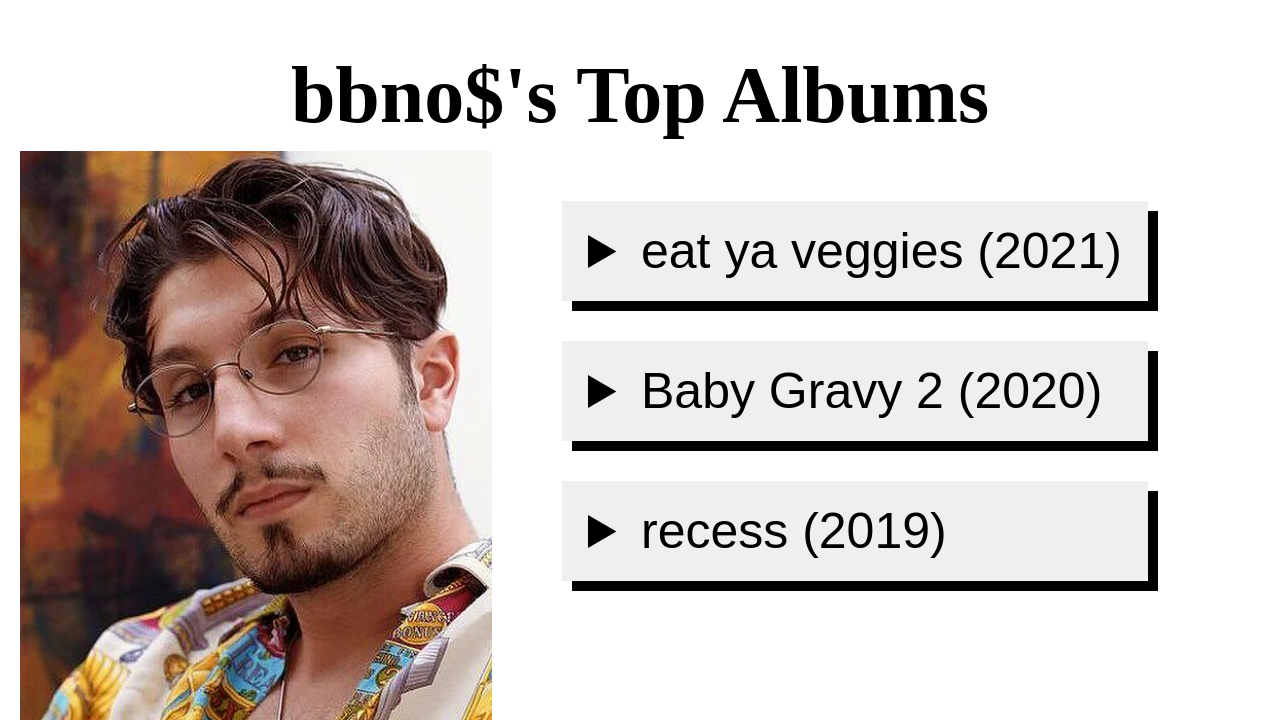
Repository: Jennica1/Lab1
Page: /
An editor plug-in stored every save of this project. The page is shown before and after the next save, followed by the edit.
The browser window is 1280 px wide. The pictures show the whole page.
The project was rebuilt for these pictures with package versions that can differ from the ones it lists, and the page was loaded fresh each time. Also part of the build but not shown: vite.config.js.

Above is the page before, as saved 2024-09-09 18:50:29.

### index.html
<!doctype html>
<html lang="en">
  <head>
    <meta charset="UTF-8" />
    <link rel="icon" type="image/svg+xml" href="/vite.svg" />
    <meta name="viewport" content="width=device-width, initial-scale=1.0" />
    <title>Top bbno$ Albums</title>
  </head>
  <body>
    <div id="root"></div>
    <script type="module" src="/src/main.jsx"></script>
  </body>
</html>

### src/App.jsx
import { useState } from 'react'
import reactLogo from './assets/react.svg'
import viteLogo from '/vite.svg'

import './App.css'

function App() {

  return (
    <>

      <body className='main'>
      <header className='header'>
        <h1 className='title'>bbno$'s Top Albums</h1>
      </header>
        <div className='split left'>
          <img src="/images/bbno$_profile.webp" alt='bbno$' />
        </div>
        <div className='split right'>

          <div className='albums'>
            <button>
          <details>
            <summary>eat ya veggies (2021)</summary>
            <p>edamame (ft. Rich Brian)</p>
            <p>big boss baby</p>
            <p>2 time zones</p>
          </details>
          </button>
<button>
          <details>
            <summary>Baby Gravy 2 (2020)</summary>
            <p>Welcome to Chillis</p>
            <p>Cadbury Creme</p>
            <p>Shining on my ex</p>
          </details>
</button>
<button>
          <details>
            <summary>recess (2019)</summary>
            <p>nursery</p>
            <p>bunk</p>
            <p>chess</p>
          </details>
          </button>
          </div>
        </div>
      </body>


    </>
  )
}

export default App

### src/index.css
summary {
    font-size: 50px;
    text-align: left;
    margin: 20px;
}

button {
    margin: 20px;
    border-style: none;
    box-shadow: 10px 10px;
}

p {
    font-size: 20px;
}

img {
    object-fit: fill;
}

### src/App.css
#root {
  max-width: 1280px;
  margin: 0 auto;
  padding: 2rem;
}

.header {
  font-size: 40px;

}

.title {
  margin: 10px;
  display: flex;
  justify-content: center;
}

.albums {
 margin: 30px;
 display: flex;
 flex-direction: column;
}

.split {
position: fixed;
height: 100%;
width: 50%;
overflow-x: hidden;
display: flex;
}

.left {
  left: 0;
  margin-left: 20px;
  background-color: #111;
}

.right {
  padding-left: 20px;
  width: 60%;
  right: 0;
  background-color: white;
}

Loaded but not shown: src/main.jsx (common file)

After the next save:
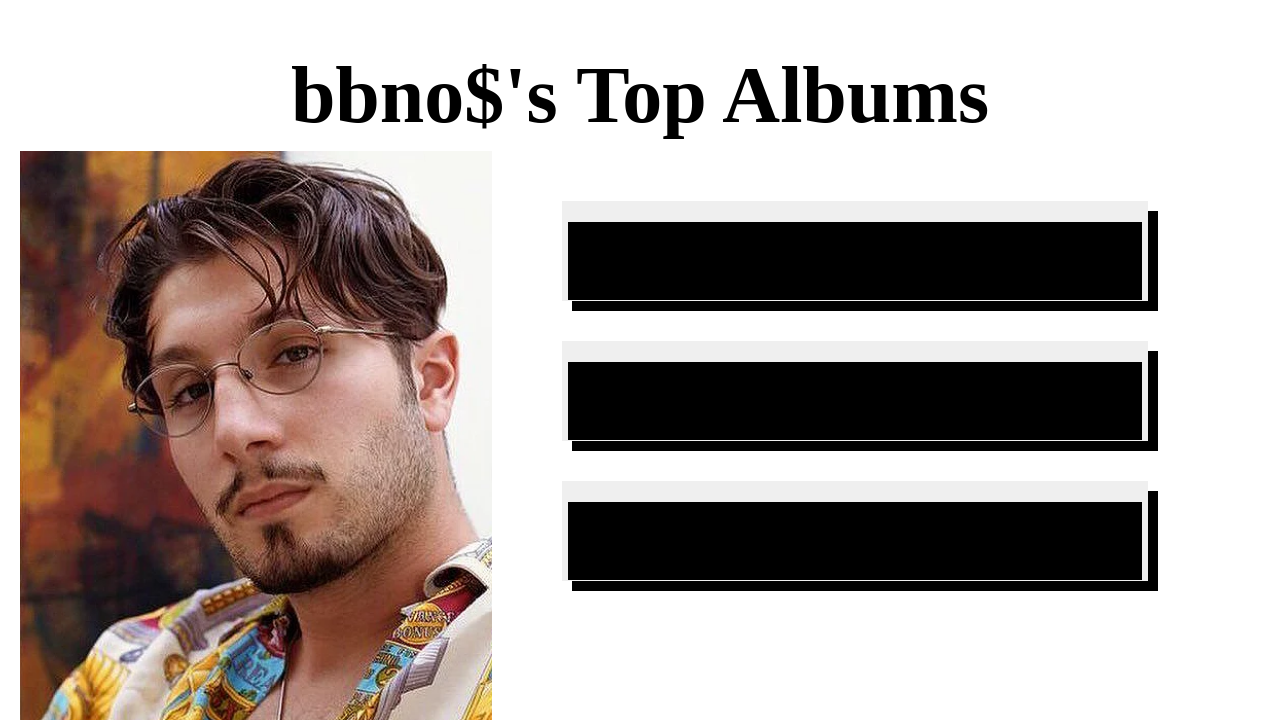
Saved 17 s later.
--- a/src/index.css
+++ b/src/index.css
@@ -17,3 +17,7 @@
 img {
     object-fit: fill;
 }
+
+details {
+    background-color: black;
+}

After the save that followed:
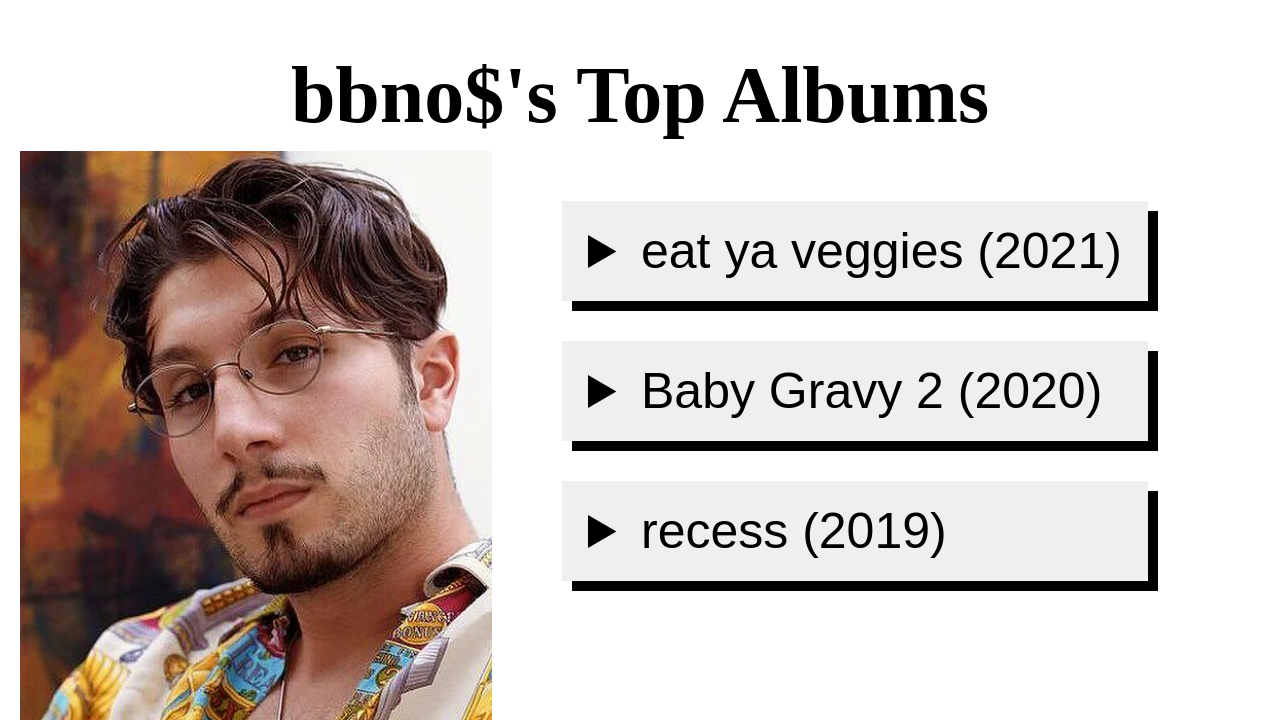
Saved 6 s later.
--- a/src/index.css
+++ b/src/index.css
@@ -17,7 +17,3 @@
 img {
     object-fit: fill;
 }
-
-details {
-    background-color: black;
-}
